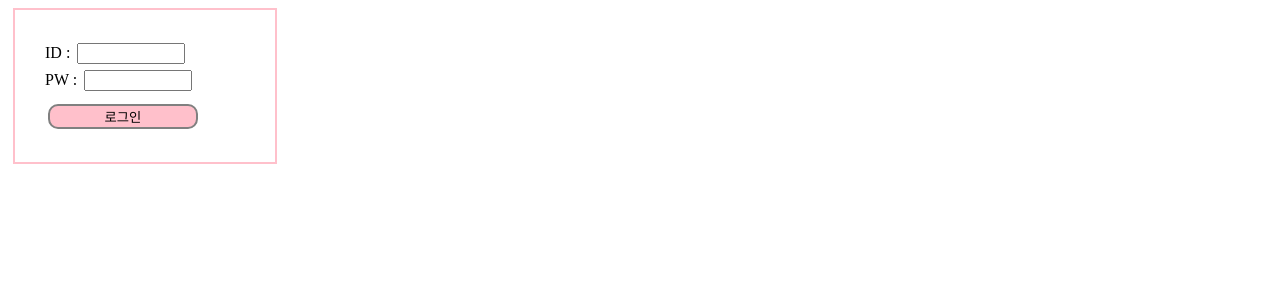
Repository: hyejux/jsp
Page: http://localhost/JSPBasic/response/res_02.jsp
An editor plug-in stored every save of this project. The page is shown before and after the next save, followed by the edit.
The browser window is 1280 px wide. The pictures show the whole page.
The page is served by Tomcat 10.

Above is the page before, as saved 2024-06-26 00:39:22.

After the next save:
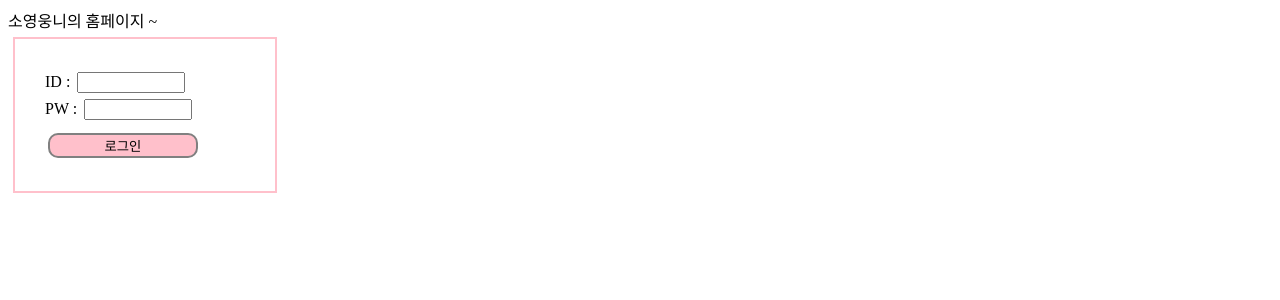
Saved 3 min 0 s later.
--- a/JSPBasic/src/main/webapp/response/res_02.jsp
+++ b/JSPBasic/src/main/webapp/response/res_02.jsp
@@ -45,9 +45,9 @@
       1.ex02에서는 아이디, 비번을 받도록 form을 만들고,
         ex02_result 페이지로 post방법으로 전송한다.
     --%>
-
+<header> 소영웅니의 홈페이지 ~ </header>
 <form action="res_result.jsp"  method="post">
-	ID : <input type="text" name="id"> <br>
+	ID  : <input type="text" name="id"> <br>
 	PW : <input type="password" name="pw"> <br>
 
 	<input type="submit" value="로그인" name="submit" id="btn">
